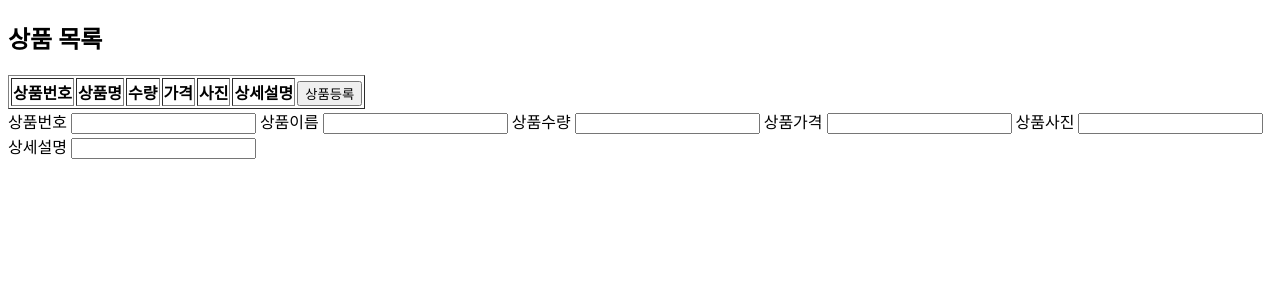
Repository: 0hmuse/day0330-2
Page: bitshop/src/main/resources/static/goods/goodslist2.html
An editor plug-in stored every save of this project. The page is shown before and after the next save, followed by the edit.
The browser window is 1280 px wide. The pictures show the whole page.
The page's requests for data from a server got no answer.

Above is the page before, as saved 2020-03-27 08:01:44.

### bitshop/src/main/resources/static/goods/goodslist2.html
<!DOCTYPE html>
<html>
<head>
<meta charset="EUC-KR">
<title>Insert title here</title>
<script type="text/javascript" src="https://code.jquery.com/jquery-3.4.1.min.js"></script>
<script type="text/javascript">
$(function(){
	var arr;
	var idx;

	//처음 접속하면 모든 리스트 출력
	listAll()

	//모든리스트 메소드
	function listAll(){
		var th1 = $("<th>상품번호</th>");
		var th2 = $("<th>상품명</th>");
		var th3 = $("<th>수량</th>");
		var th4 = $("<th>가격</th>");
		var th5 = $("<th>사진</th>");
		var th6 = $("<th>상세설명</th>");
		var btn = $("<button id='btnAdd'>상품등록</button>")
		$("#tb").append(th1,th2,th3,th4,th5,th6,btn);
		$.getJSON("/listAll",function(data){
			arr = data;
			$.each(data,function(idx,goods){

				var tr = $("<tr></tr>").attr("idx",idx);
				var no = $("<td></td>").html(goods.no);
				var item = $("<td></td>").html(goods.item)
				var qty = $("<td></td>").html(goods.qty);
				var price = $("<td></td>").html(goods.price);
				var img = $("<img/>").attr({"src":"/img/"+goods.fname, "width":100, "height":100});
				var fname = $("<td></td>").append(img);
				var detail = $("<td></td>").html(goods.detail);
				var btnDel = $("<button>삭제</button>");
				var aDel = $("<td></td>").append(btnDel);
				tr.append(no,item,qty,price,fname,detail,aDel);
				$("#tb").append(tr);
			});
		});
	}


	$("#btnAdd").on("click",function(){
		$("#tb").empty();
		var th1 = $("<th>상품번호</th>");
		var th2 = $("<th>상품명</th>");
		var th3 = $("<th>수량</th>");
		var th4 = $("<th>가격</th>");
		var th5 = $("<th>사진</th>");
		var th6 = $("<th>상세설명</th>");
		$("#tb").append(th1,th2,th3,th4,th5,th6);
		var i_no = $("<td><input type=text id='no' name='id'></td>")
		var i_item = $("<td><input type=text id='item' name='item'></td>")
		var i_qty = $("<td><input type=text id='qty' name='qty'></td>")
		var i_price = $("<td><input type=text id='price' name='price'></td>")
		var i_fname = $("<td><input type=file id='fname' name='fname'></td>")
		var i_detail = $("<td><input type=text id='detail' name='detail'></td>")
		var i_btn = $("<button id='add'>등록</button>");

		var title = $("#title").html("상품등록");
		var i_tr = $("<tr></tr>").append(i_no,i_item,i_qty,i_price,i_fname,i_detail,i_btn);
		$("#tb").append(i_tr);

		$("#add").on("click",function(){
			//var data = $("#f").serialize();
			var data = {no:i_no,item:i_item,qty:i_qty,price:i_price,fname:i_fname,detial:i_detail};
			alert(data);
			$.ajax("/insert",{data:data,success:function(r){
				alert(r);
			}})
		})
	})

});
</script>
</head>
<body>
<h2 id="title">상품 목록</h2>
<form id="f">
	<table id="tb" border="1">
	</table>
	상품번호 <input type="text" id="no" name="no">
	상품이름 <input type="text" id="item" name="item">
	상품수량 <input type="text" id="qty" name="qty">
	상품가격 <input type="text" id="price" name="price">
	상품사진 <input type="text" id="fname" name="fname">
	상세설명 <input type="text" id="detail" name="detail">
</form>


</body>
</html>

After the next save:
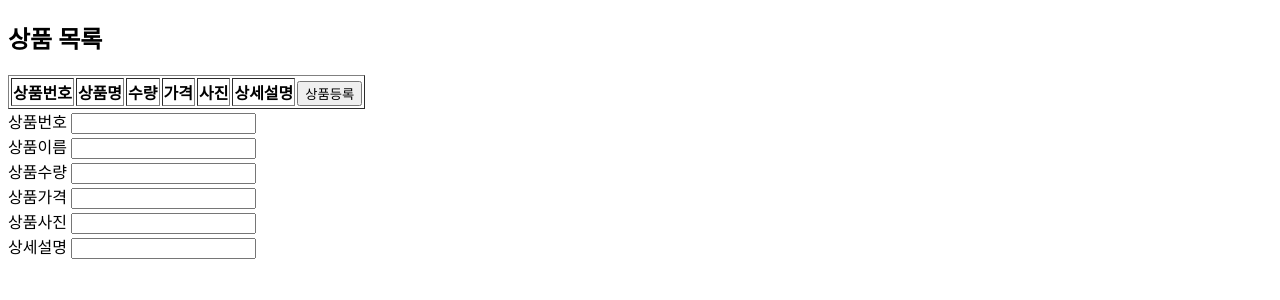
Saved 12 s later.
--- a/bitshop/src/main/resources/static/goods/goodslist2.html
+++ b/bitshop/src/main/resources/static/goods/goodslist2.html
@@ -82,12 +82,12 @@ $(function(){
 <form id="f">
 	<table id="tb" border="1">
 	</table>
-	상품번호 <input type="text" id="no" name="no">
-	상품이름 <input type="text" id="item" name="item">
-	상품수량 <input type="text" id="qty" name="qty">
-	상품가격 <input type="text" id="price" name="price">
-	상품사진 <input type="text" id="fname" name="fname">
-	상세설명 <input type="text" id="detail" name="detail">
+	상품번호 <input type="text" id="no" name="no"><br>
+	상품이름 <input type="text" id="item" name="item"><br>
+	상품수량 <input type="text" id="qty" name="qty"><br>
+	상품가격 <input type="text" id="price" name="price"><br>
+	상품사진 <input type="text" id="fname" name="fname"><br>
+	상세설명 <input type="text" id="detail" name="detail"><br>
 </form>
 
 
